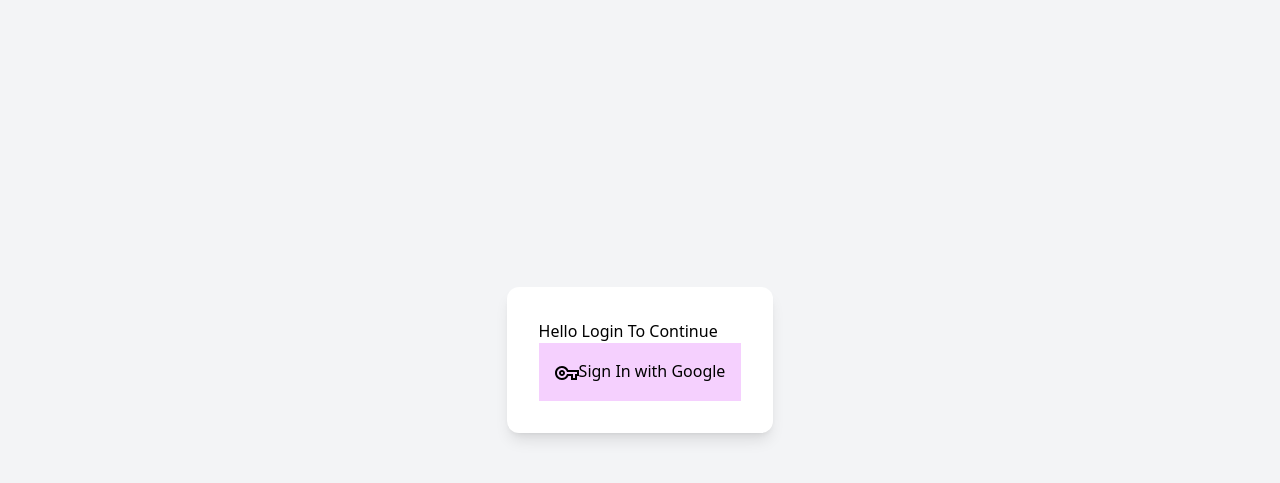
Repository: theanmol-raj/GoogleKeepCloneTutorial
Page: /
These files come from the project's save history. The page is drawn as it stood at one moment and after the next save; the edit follows.
The browser window is 1280 px wide. The pictures show the whole page.
The project was rebuilt for these pictures with package versions that can differ from the ones it lists, and the page was loaded fresh each time. Also part of the build but not shown: src/Components/Navbar.jsx, src/Screens/Homescreen.jsx.

Above is the page before, as saved 2022-08-31 15:40:47.

After the next save:
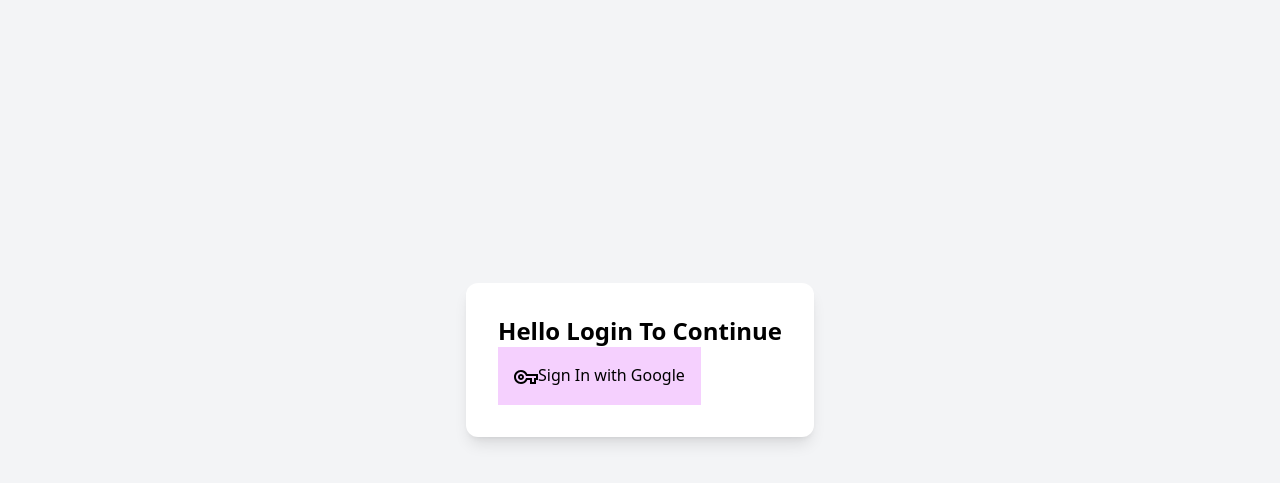
Saved 17 s later.
--- a/src/Screens/LoginScreen.jsx
+++ b/src/Screens/LoginScreen.jsx
@@ -5,7 +5,7 @@
   return (
     <div className=' h-screen  w-screen flex justify-center items-center bg-gray-100'>
         <div className=' bg-white p-8 border- rounded-xl shadow-lg'>
-            <h1>Hello Login To Continue</h1>
+            <h1 className=' text-2xl font-bold text-center'>Hello Login To Continue</h1>
             <button className=' hover: bg-fuchsia-200 p-4 '> <VpnKeyOutlinedIcon />Sign In with Google</button>
         </div>
 
